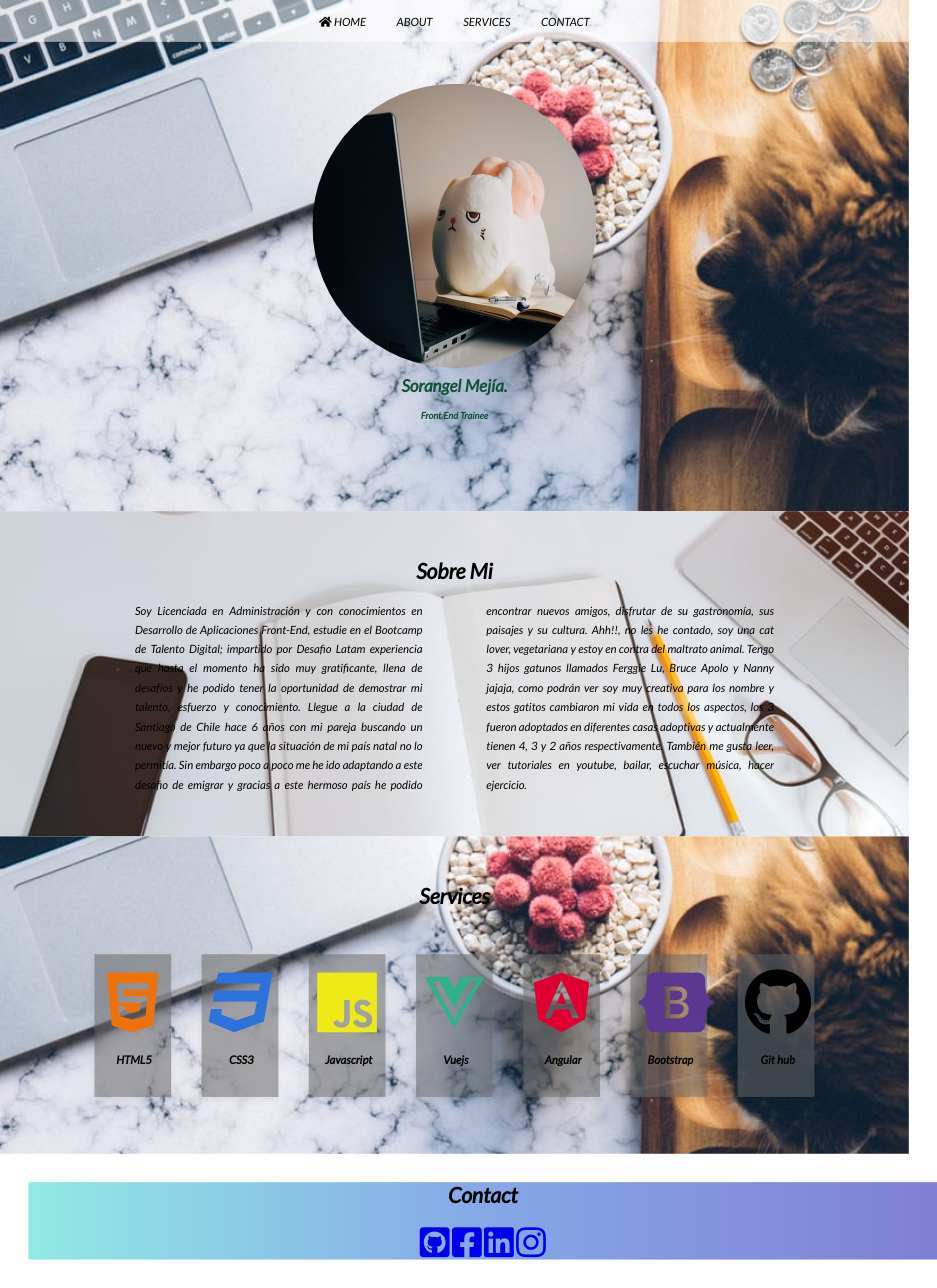
Repository: sory2311/portfolio-css
Page: index.html
These files come from the project's save history. The page is drawn as it stood at one moment and after the next save; the edit follows.
The browser window is 1280 px wide. The page is 1320 px wide, then 1280 px, so the pictures cover 1320 px, including what lies to the right of the window. The pictures show the whole page, at 71% of full size.
Backgrounds fixed to the window are drawn as part of the page. Some web libraries are served in a nearby version.

Above is the page before, as saved 2021-05-27 18:48:33.

After the next save:
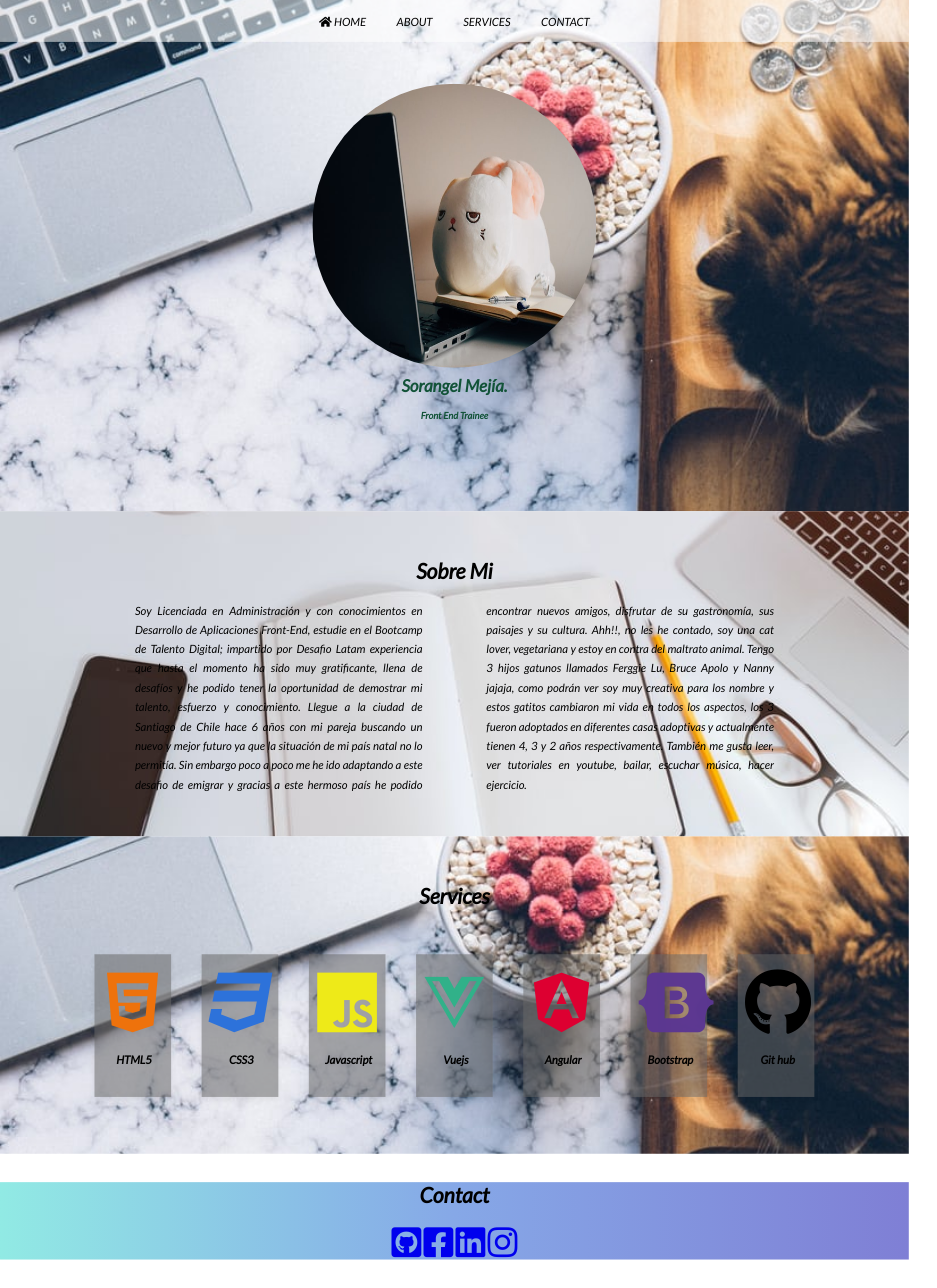
Saved 18 s later.
--- a/css/style.css
+++ b/css/style.css
@@ -198,7 +198,8 @@
     background: #7F7FD5;  /* fallback for old browsers */
     background: -webkit-linear-gradient(to right, #91EAE4, #86A8E7, #7F7FD5);  /* Chrome 10-25, Safari 5.1-6 */
     background: linear-gradient(to right, #91EAE4, #86A8E7, #7F7FD5); /* W3C, IE 10+/ Edge, Firefox 16+, Chrome 26+, Opera 12+, Safari 7+ */
-    margin: 40px;
+    margin-block: 40px;
+
     /*background-image: url(../img/fondo/fondo3.jpeg);
     background-position: center center;
     background-size: cover;*/
